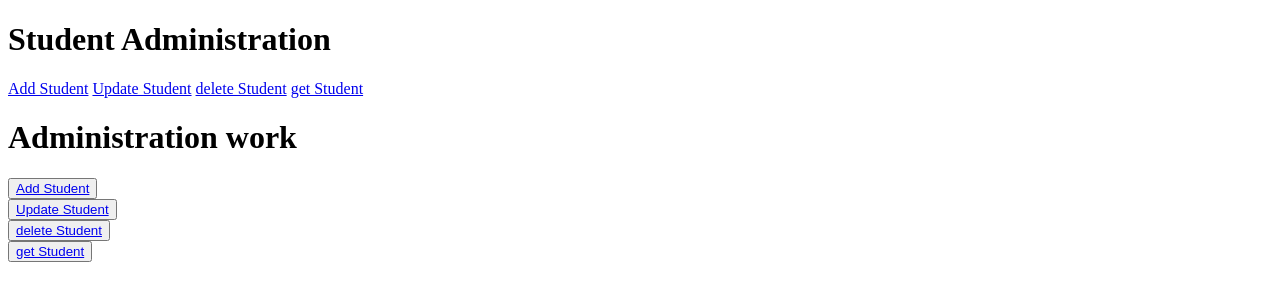
Repository: Anandnand/Web-Application
Page: http://localhost/index
An editor plug-in stored every save of this project. The page is shown before and after the next save, followed by the edit.
The browser window is 1280 px wide. The pictures show the whole page.
The page is this project's Thymeleaf template; nobody is signed in. The template is opened directly, without the code that normally fills it, so the values that code supplies are empty.

Above is the page before, as saved 2024-03-25 17:54:44.

### Login/src/main/resources/templates/index.html
<!DOCTYPE html>
<html>
<head>
<meta charset="ISO-8859-1">
<title>Insert title here</title>
</head>
<body>
	<div>
		<h1>Student Administration</h1>
	</div>
	<div id="navcontainer">
		<nav>
			<a href="/api/nav/addStudent">Add Student</a>
			<a href="/api/nav/updateStudent">Update Student</a>
			<a href="/api/nav/deleteStudent">delete Student</a>
			<a href="/api/nav/getStudent">get Student</a>
		</nav>
	</div>

<div>
<h1>Administration work</h1>
</div>
	<div id="box">
		<button><a href="/api/nav/addStudent" target="_blank">Add Student</a></button> <br>
	<button><a href="/api/nav/updateStudent" target="_blank">Update Student</a></button> <br>
	<button><a href="/api/nav/deleteStudent" target="_blank">delete Student</a></button><br>
	<button><a href="/api/nav/getStudent" target="_blank">get Student</a></button>
	</div>

</body>
</html>

After the next save:
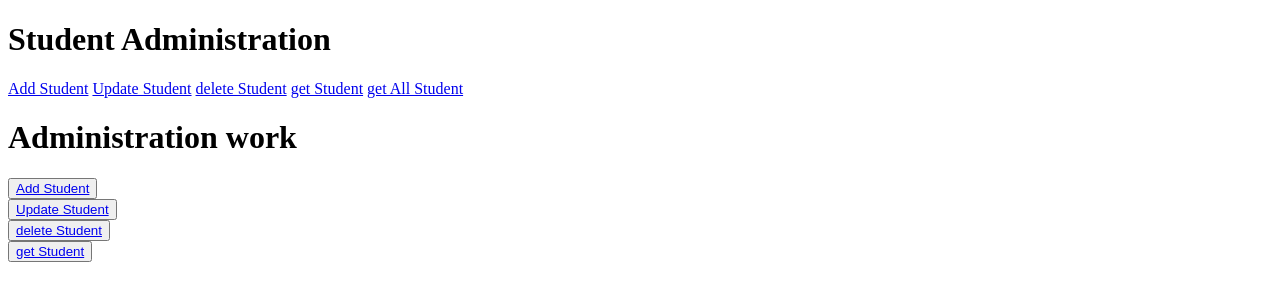
Saved 96 s later.
--- a/Login/src/main/resources/templates/index.html
+++ b/Login/src/main/resources/templates/index.html
@@ -10,21 +10,34 @@
 	</div>
 	<div id="navcontainer">
 		<nav>
-			<a href="/api/nav/addStudent">Add Student</a>
-			<a href="/api/nav/updateStudent">Update Student</a>
-			<a href="/api/nav/deleteStudent">delete Student</a>
-			<a href="/api/nav/getStudent">get Student</a>
+			<a href="/api/nav/addStudent">Add Student</a> <a
+				href="/api/nav/updateStudent">Update Student</a> <a
+				href="/api/nav/deleteStudent">delete Student</a> <a
+				href="/api/nav/getStudent">get Student</a> <a
+				href="/api/nav/getAllStudent">get All Student</a>
+
 		</nav>
 	</div>
 
-<div>
-<h1>Administration work</h1>
-</div>
+	<div>
+		<h1>Administration work</h1>
+	</div>
 	<div id="box">
-		<button><a href="/api/nav/addStudent" target="_blank">Add Student</a></button> <br>
-	<button><a href="/api/nav/updateStudent" target="_blank">Update Student</a></button> <br>
-	<button><a href="/api/nav/deleteStudent" target="_blank">delete Student</a></button><br>
-	<button><a href="/api/nav/getStudent" target="_blank">get Student</a></button>
+		<button>
+			<a href="/api/nav/addStudent" target="_blank">Add Student</a>
+		</button>
+		<br>
+		<button>
+			<a href="/api/nav/updateStudent" target="_blank">Update Student</a>
+		</button>
+		<br>
+		<button>
+			<a href="/api/nav/deleteStudent" target="_blank">delete Student</a>
+		</button>
+		<br>
+		<button>
+			<a href="/api/nav/getStudent" target="_blank">get Student</a>
+		</button>
 	</div>
 
 </body>
